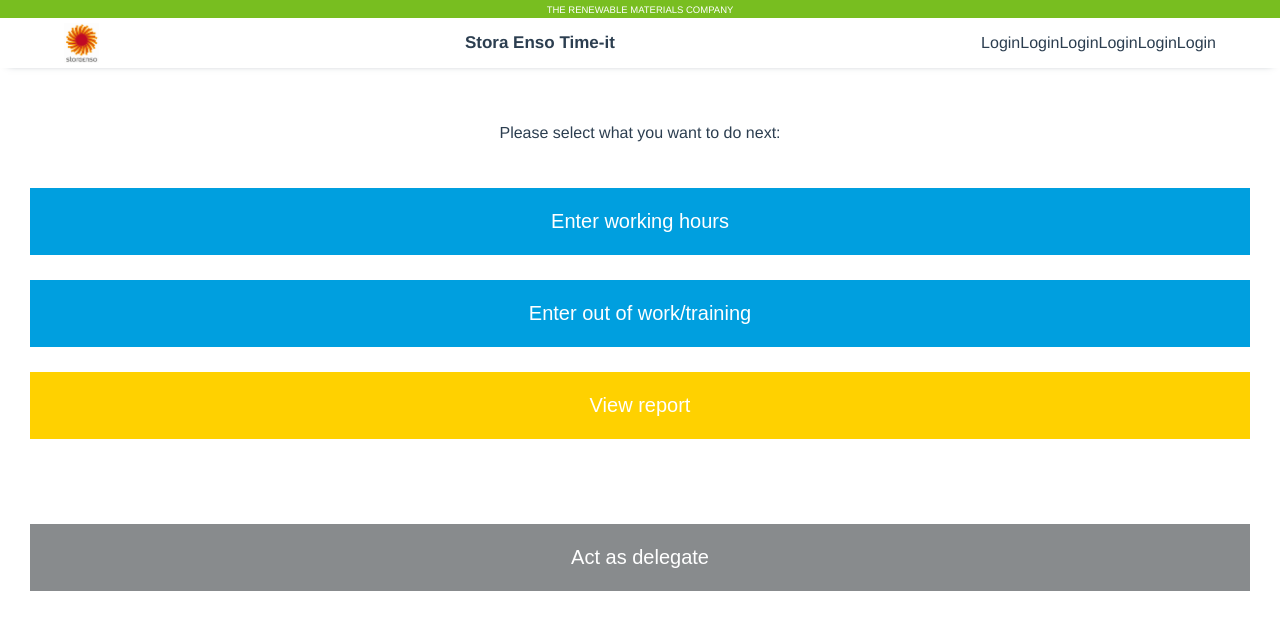
Repository: marianreha/vue-timeit
Page: /
An editor plug-in stored every save of this project. The page is shown before and after the next save, followed by the edit.
The browser window is 1280 px wide. The pictures show the whole page.
Some web fonts or font styles are not loaded; a fallback is used. The project was rebuilt for these pictures with package versions that can differ from the ones it lists, and the page was loaded fresh each time. Also part of the build but not shown: vue.config.js.

Above is the page before, as saved 2020-03-29 21:46:03.

After the next save:
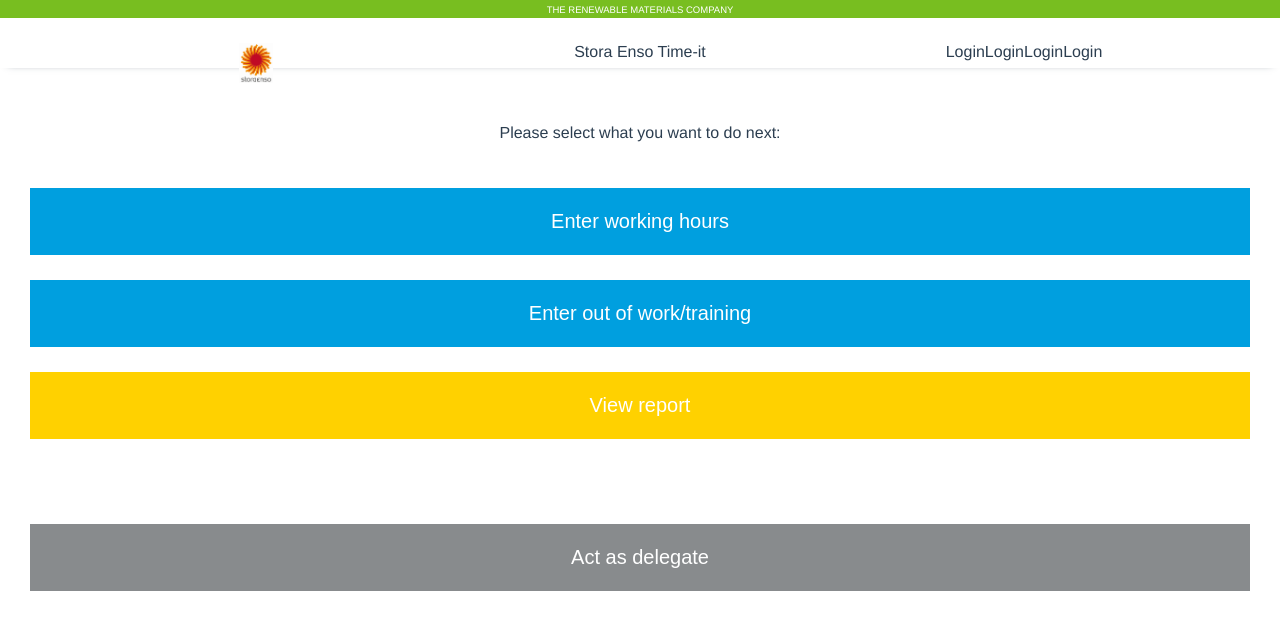
Saved 5 min 12 s later.
--- a/src/components/Navbar.vue
+++ b/src/components/Navbar.vue
@@ -1,13 +1,13 @@
 <template>
   <div>
-      <header class="navbar-green">
+      <div class="navbar-green">
           The renewable materials company
-      </header>
-      <header class="navbar-main">
-          <img class="logo" src="../assets/logo.jpg" alt="logo">
-          <span class="title">Stora Enso Time-it</span>
-          <span class="user">LoginLoginLoginLoginLoginLogin</span>
-      </header>
+      </div>
+      <div class="navbar-main">
+          <div class="child"><span><img class="logo" src="../assets/logo.jpg" alt="logo"></span></div>
+          <div class="child"><span>Stora Enso Time-it</span></div>
+          <div class="child"><span>LoginLoginLoginLogin</span></div>
+      </div>
   </div>
 </template>
 
@@ -29,8 +29,38 @@
 .navbar-main {
     display: flex;
     height: 2rem;
-    /* justify-content: space-between; */
+    /* align-items: center; */
+    padding: 25px 5%;
+    box-shadow: 0 3px 8px -8px;
+    box-sizing: border-box;
+    flex: 1;
+}
+
+.child {
+    flex: 1;
+    display: flex;
     justify-content: center;
+}
+
+.logo {
+    height: 40px;
+    margin-right: auto;
+}
+
+.title {
+    font-weight: bold;
+    font-size: 17px;
+    flex-grow: 1;
+}
+
+.user {
+    margin-left: auto;
+}
+
+/* .navbar-main {
+    display: flex;
+    height: 2rem;
+    justify-content: space-between;
     align-items: center;
     padding: 25px 5%;
     box-shadow: 0 3px 8px -8px;
@@ -51,6 +81,6 @@
 
 .user {
     margin-left: auto;
-}
+} */
 
 </style>>
